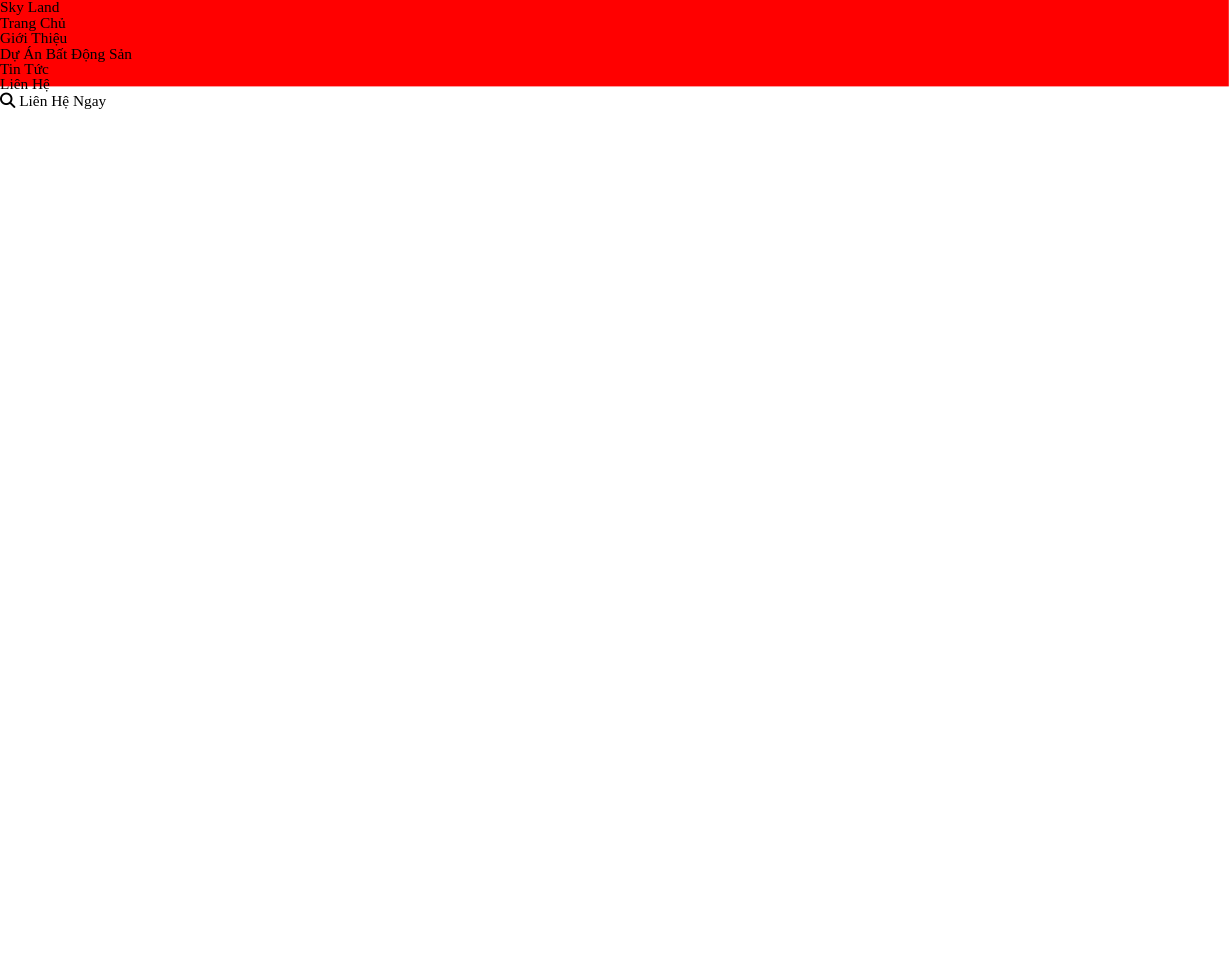
Repository: HuynhDuc23/Webvideodesgin
Page: htmlcssNangCao/index.html
These files come from the project's save history. The page is drawn as it stood at one moment and after the next save; the edit follows.
The browser window is 1280 px wide. The pictures show the whole page, at 96% of full size.
The style sheet was rebuilt from its Sass, Less or Tailwind sources for each picture, by a compiler version that may differ from the author's.

Above is the page before, as saved 2023-04-30 08:38:59.

### htmlcssNangCao/index.html
<html lang="en">
<head>
    <meta charset="UTF-8">
    <meta http-equiv="X-UA-Compatible" content="IE=edge">
    <meta name="viewport" content="width=device-width, initial-scale=1.0">
    <link rel="stylesheet" href="./reset.css">
    <link rel="stylesheet" href="https://cdnjs.cloudflare.com/ajax/libs/font-awesome/6.4.0/css/all.min.css" integrity="sha512-iecdLmaskl7CVkqkXNQ/ZH/XLlvWZOJyj7Yy7tcenmpD1ypASozpmT/E0iPtmFIB46ZmdtAc9eNBvH0H/ZpiBw==" crossorigin="anonymous" referrerpolicy="no-referrer" />
    <link rel="stylesheet" href="./style.css">

    <title>Document</title>
</head>
<body>
    <div class="skyland">
        <div class="skyland__top">
            <div class="skyland__header">
                <h1 class="skyland__left">Sky <span>Land</span> </h1>
            </div>
            <div class="skyland__left">
                <ul class="list">
                    <li class="items">Trang Chủ</li>
                    <li class="items">Giới Thiệu</li>
                    <li class="items">Dự Án Bất Động Sản</li>
                    <li class="items">Tin Tức</li>
                    <li class="items">Liên Hệ</li>
                </ul>
                <div class="iconbutton">
                    <i class="fa-solid fa-magnifying-glass icon-search"></i>
                    <span class="text">Liên Hệ Ngay</span>
                </div>
            </div>
        </div>
    </div>
</body>
</html>

### htmlcssNangCao/style.scss
html {
    margin: 0;
    padding: 0;
    box-sizing:border-box ;
}
.skyland {
    width: 100%;
    height: 1000px;
    background-color: white;
    &__top {
        width: 100%;
        height: 90px;
        background-color: red;
    }
}

Loaded but not shown: htmlcssNangCao/reset.css (common file)

After the next save:
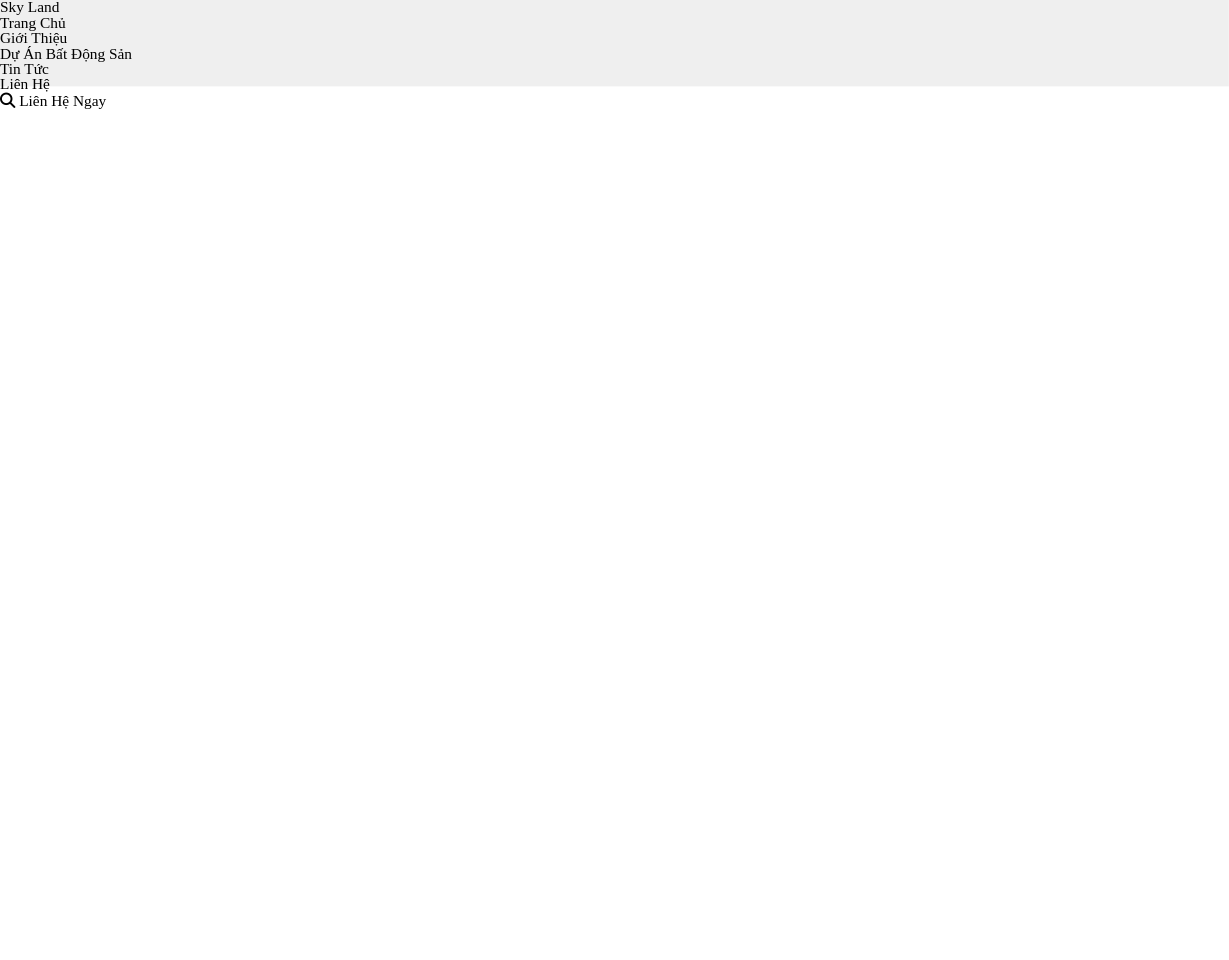
Saved 12 s later.
--- a/htmlcssNangCao/style.scss
+++ b/htmlcssNangCao/style.scss
@@ -10,6 +10,6 @@ html {
     &__top {
         width: 100%;
         height: 90px;
-        background-color: red;
+        background-color: #eeee;
     }
 }
